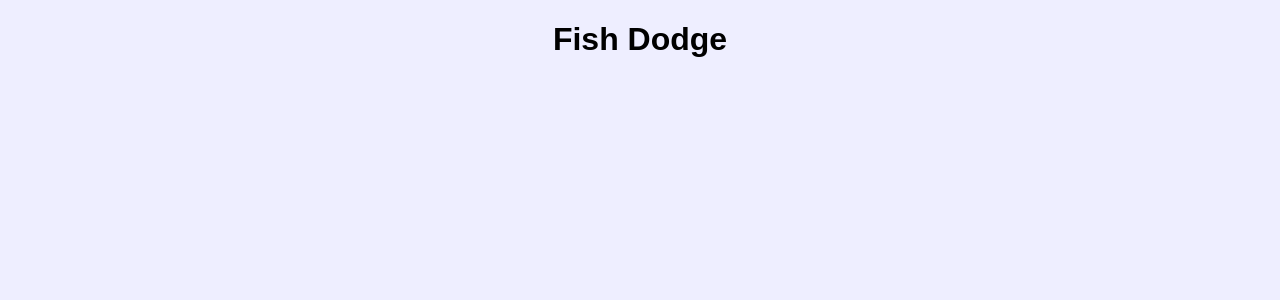
Repository: DeepFriedTurkey441/fd_game_project
Page: index.html
These files come from the project's save history. The page is drawn as it stood at one moment and after the next save; the edit follows.
The browser window is 1280 px wide. The pictures show the whole page.

Above is the page before, as saved 2025-09-22 10:33:05.

### index.html
<!DOCTYPE html>
<html lang="en">
<head>
  <meta charset="UTF-8">
  <title>Fish Dodge</title>
  <link rel="stylesheet" href="style.css">
</head>
<body>
  <h1>Fish Dodge</h1>
  <script src="script.js"></script>
</body>
</html>

### style.css
/* Basic starter styling */
body {
    margin: 0;
    font-family: sans-serif;
    background-color: #eef;
    text-align: center;
  }

### script.js
// Starter script
console.log("Fish Dodge game starting up...");

After the next save:
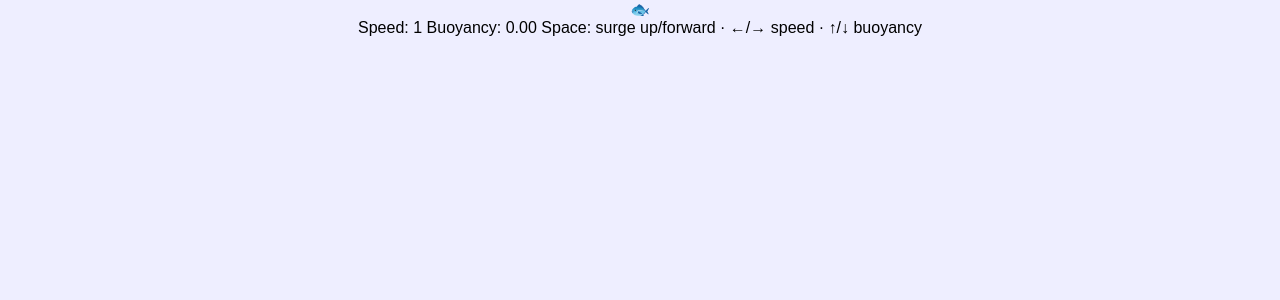
Saved 18 min 15 s later.
--- a/index.html
+++ b/index.html
@@ -2,11 +2,20 @@
 <html lang="en">
 <head>
   <meta charset="UTF-8">
+  <meta name="viewport" content="width=device-width, initial-scale=1.0">
   <title>Fish Dodge</title>
   <link rel="stylesheet" href="style.css">
 </head>
 <body>
-  <h1>Fish Dodge</h1>
+  <div id="aquarium" aria-label="Aquarium game area">
+    <div id="surface" aria-hidden="true"></div>
+    <div id="fish" role="img" aria-label="fish">🐟</div>
+    <div id="hud">
+      <span id="hud-speed">Speed: 1</span>
+      <span id="hud-buoyancy">Buoyancy: 0.00</span>
+      <span id="hud-tip">Space: surge up/forward · ←/→ speed · ↑/↓ buoyancy</span>
+    </div>
+  </div>
   <script src="script.js"></script>
 </body>
 </html>
